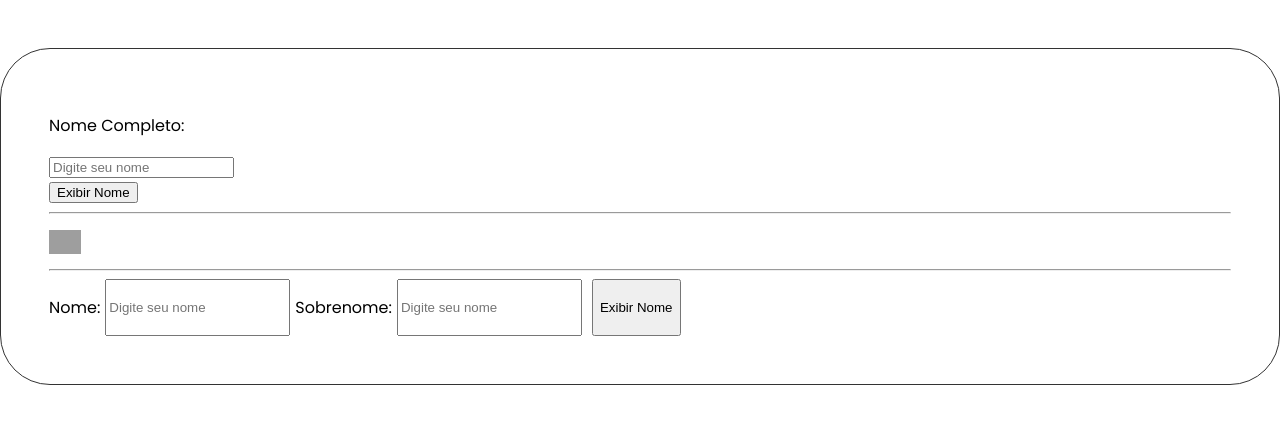
Repository: guilhermecardoso93/exerciciosjs
Page: index.html
The author's editor kept a copy of each file at every save. The page is drawn from the files as they stood at one save, then again after the next save.
The browser window is 1280 px wide. The pictures show the whole page.
Pictures or frames that could not be fetched are drawn as grey boxes.

Above is the page before, as saved 2023-05-20 11:52:47.

After the next save:
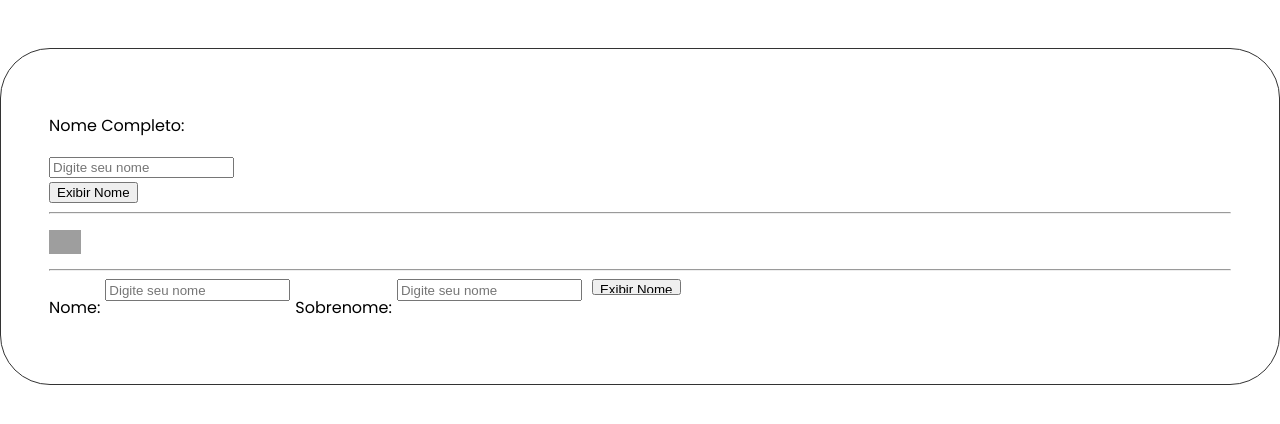
Saved 32 s later.
--- a/styles.css
+++ b/styles.css
@@ -16,3 +16,7 @@ body {
   display: flex;
   gap: 5px;
 }
+
+.fullNameDiv > input {
+  height: 1rem;
+}
